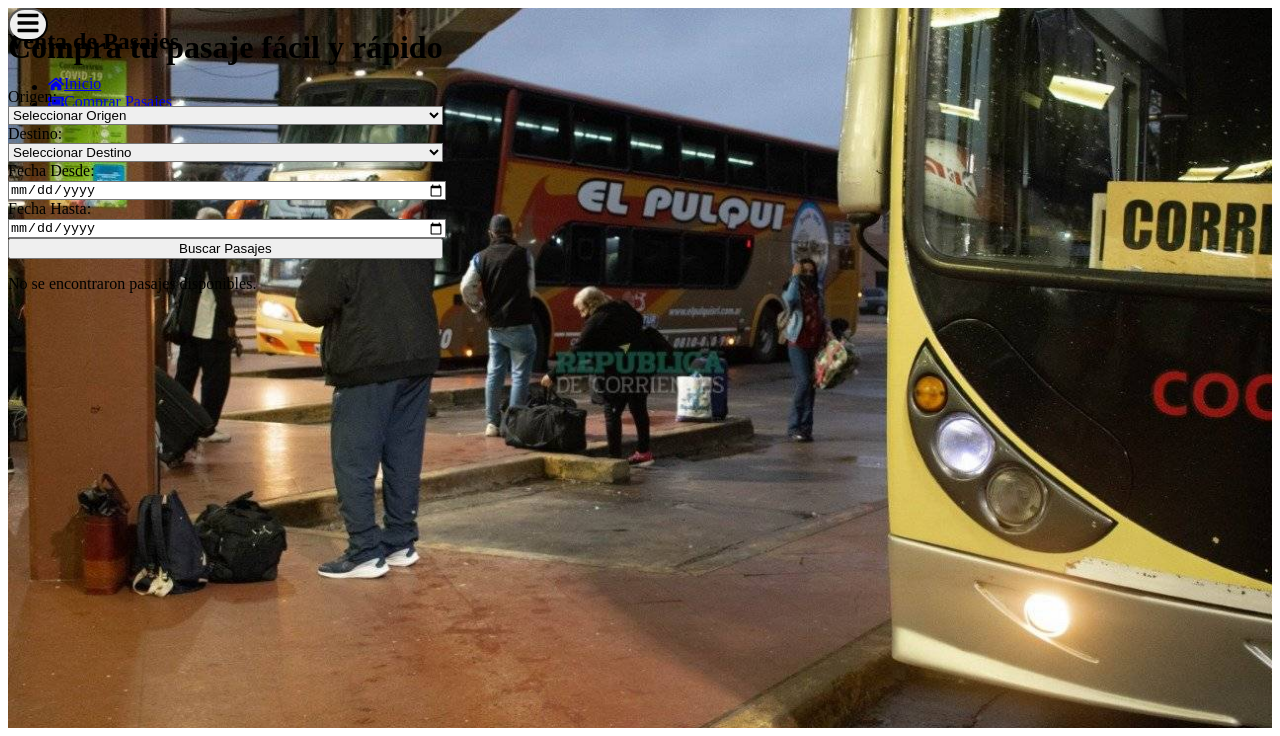
Repository: francoluca35/ventaboletos
Page: /tickets
The author's editor kept a copy of each file at every save. The page is drawn from the files as they stood at one save, then again after the next save.
The browser window is 1280 px wide. The pictures show the whole page.
The page's requests for data from a server got no answer. The project was rebuilt for these pictures with package versions that can differ from the ones it lists, and the page was loaded fresh each time. The framework's server and built-in components were replaced by stand-ins that run in the browser. No one was signed in, and anything a server would have sent is missing. Also part of the build but not shown: next.config.mjs.

Above is the page before, as saved 2025-03-14 18:29:31.

After the next save:
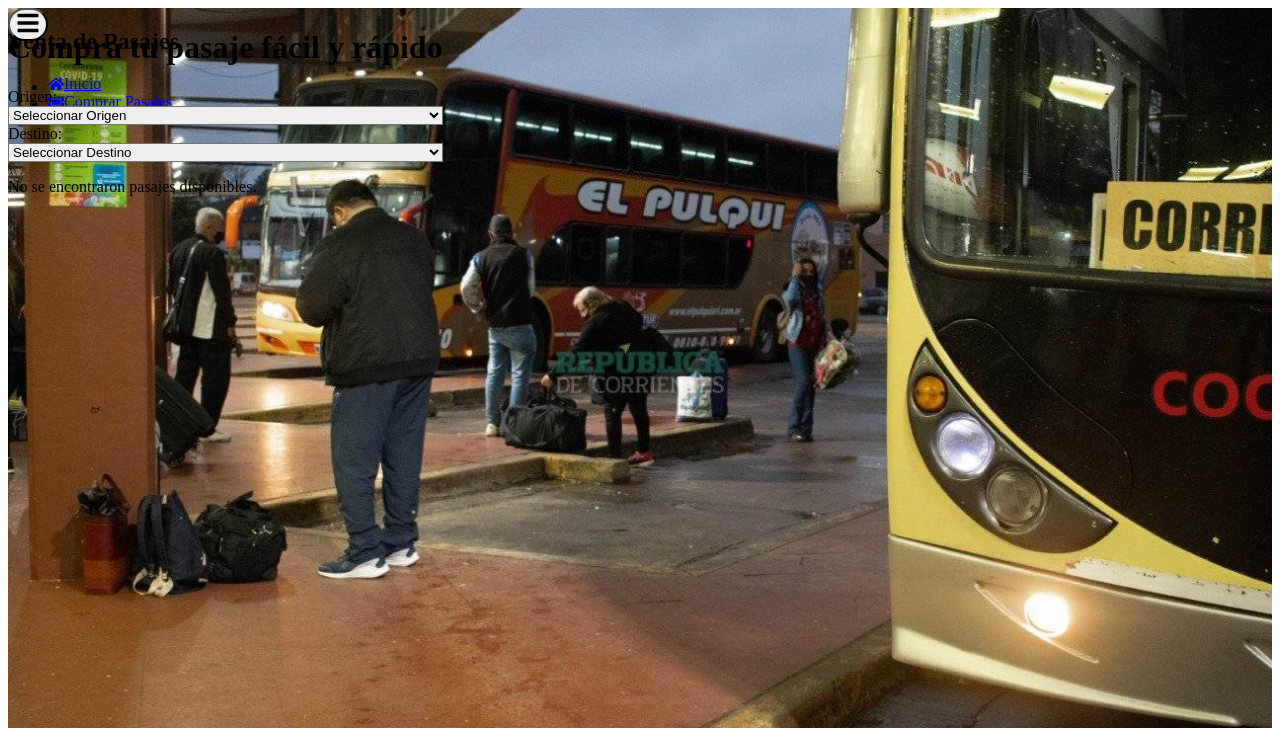
Saved 2 min 39 s later.
--- a/src/app/tickets/page.js
+++ b/src/app/tickets/page.js
@@ -14,47 +14,23 @@
   const [origenesDisponibles, setOrigenesDisponibles] = useState([]);
   const [destinosDisponibles, setDestinosDisponibles] = useState([]);
 
-  // Obtener la ubicación del usuario automáticamente
-  useEffect(() => {
-    if (navigator.geolocation) {
-      navigator.geolocation.getCurrentPosition(
-        async (position) => {
-          const { latitude, longitude } = position.coords;
-          try {
-            const response = await axios.get(
-              `https://nominatim.openstreetmap.org/reverse?format=json&lat=${latitude}&lon=${longitude}`
-            );
-            setOrigen(response.data.address.city || "Ubicación no encontrada");
-          } catch (error) {
-            console.error("Error obteniendo ubicación:", error);
-          }
-        },
-        (error) => console.error("Error al obtener la ubicación:", error)
-      );
-    }
-  }, []);
-
-  // Obtener los viajes desde el JSON (API en local)
   useEffect(() => {
     axios.get("http://localhost:5000/api/tickets")
       .then(response => {
+        console.log("Datos recibidos:", response.data); // <-- VERIFICA LOS DATOS EN CONSOLA
         setTodosLosViajes(response.data);
-        setPasajes(response.data); // Mostrar todos los viajes al inicio
-        setOrigenesDisponibles([...new Set(response.data.map(ticket => ticket.origen))]);
-        setDestinosDisponibles([...new Set(response.data.map(ticket => ticket.destino))]);
+        setPasajes(response.data);
+
+        // Obtener valores únicos de origen y destino
+        const origenes = [...new Set(response.data.map(ticket => ticket.origen))];
+        const destinos = [...new Set(response.data.map(ticket => ticket.destino))];
+
+        console.log("Origenes:", origenes); // <-- VERIFICA QUE ESTO NO SEA VACÍO
+        setOrigenesDisponibles(origenes);
+        setDestinosDisponibles(destinos);
       })
       .catch(error => console.error("Error cargando viajes:", error));
   }, []);
-
-  const buscarPasajes = () => {
-    const resultados = todosLosViajes.filter(ticket =>
-      (origen ? ticket.origen.includes(origen) : true) &&
-      (destino ? ticket.destino.includes(destino) : true) &&
-      (!fechaDesde || new Date(ticket.fechaDesde) >= new Date(fechaDesde)) &&
-      (!fechaHasta || new Date(ticket.fechaHasta) <= new Date(fechaHasta))
-    );
-    setPasajes(resultados);
-  };
 
   return (
     <div className="relative w-full h-screen bg-cover bg-center" style={{ backgroundImage: "url('/fondo-pasajes.jpg')" }}>
@@ -75,9 +51,13 @@
                 onChange={(e) => setOrigen(e.target.value)}
               >
                 <option value="">Seleccionar Origen</option>
-                {origenesDisponibles.map((origen, index) => (
-                  <option key={index} value={origen}>{origen}</option>
-                ))}
+                {origenesDisponibles.length > 0 ? (
+                  origenesDisponibles.map((origen, index) => (
+                    <option key={index} value={origen}>{origen}</option>
+                  ))
+                ) : (
+                  <option disabled>Cargando...</option>
+                )}
               </select>
             </div>
 
@@ -90,41 +70,16 @@
                 onChange={(e) => setDestino(e.target.value)}
               >
                 <option value="">Seleccionar Destino</option>
-                {destinosDisponibles.map((destino, index) => (
-                  <option key={index} value={destino}>{destino}</option>
-                ))}
+                {destinosDisponibles.length > 0 ? (
+                  destinosDisponibles.map((destino, index) => (
+                    <option key={index} value={destino}>{destino}</option>
+                  ))
+                ) : (
+                  <option disabled>Cargando...</option>
+                )}
               </select>
             </div>
-
-            {/* Fecha Desde */}
-            <div>
-              <label className="block text-gray-700">Fecha Desde:</label>
-              <input
-                type="date"
-                className="w-full p-2 border rounded"
-                value={fechaDesde}
-                onChange={(e) => setFechaDesde(e.target.value)}
-              />
-            </div>
-
-            {/* Fecha Hasta */}
-            <div>
-              <label className="block text-gray-700">Fecha Hasta:</label>
-              <input
-                type="date"
-                className="w-full p-2 border rounded"
-                value={fechaHasta}
-                onChange={(e) => setFechaHasta(e.target.value)}
-              />
-            </div>
           </div>
-
-          <button
-            onClick={buscarPasajes}
-            className="w-full bg-blue-600 text-white p-3 rounded mt-4"
-          >
-            Buscar Pasajes
-          </button>
         </div>
 
         {/* Resultados */}

After the 4 saves that followed:
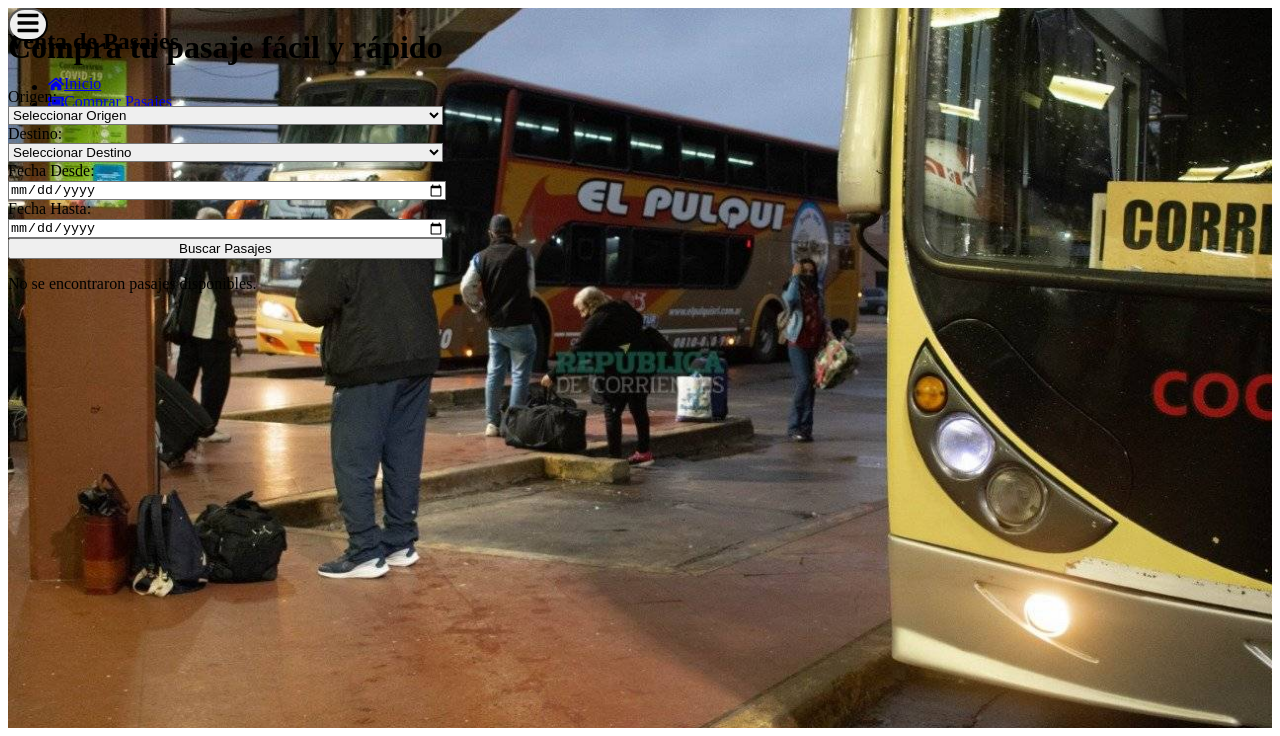
The 4 saves are shown as one change because 3 left the picture as it was.
The last was saved 4 min 9 s later.
--- a/src/app/tickets/page.js
+++ b/src/app/tickets/page.js
@@ -14,23 +14,47 @@
   const [origenesDisponibles, setOrigenesDisponibles] = useState([]);
   const [destinosDisponibles, setDestinosDisponibles] = useState([]);
 
+  // Obtener la ubicación del usuario automáticamente
+  useEffect(() => {
+    if (navigator.geolocation) {
+      navigator.geolocation.getCurrentPosition(
+        async (position) => {
+          const { latitude, longitude } = position.coords;
+          try {
+            const response = await axios.get(
+              `https://nominatim.openstreetmap.org/reverse?format=json&lat=${latitude}&lon=${longitude}`
+            );
+            setOrigen(response.data.address.city || "Ubicación no encontrada");
+          } catch (error) {
+            console.error("Error obteniendo ubicación:", error);
+          }
+        },
+        (error) => console.error("Error al obtener la ubicación:", error)
+      );
+    }
+  }, []);
+
+  // Obtener los viajes desde el JSON (API en local)
   useEffect(() => {
     axios.get("http://localhost:5000/api/tickets")
       .then(response => {
-        console.log("Datos recibidos:", response.data); // <-- VERIFICA LOS DATOS EN CONSOLA
         setTodosLosViajes(response.data);
-        setPasajes(response.data);
-
-        // Obtener valores únicos de origen y destino
-        const origenes = [...new Set(response.data.map(ticket => ticket.origen))];
-        const destinos = [...new Set(response.data.map(ticket => ticket.destino))];
-
-        console.log("Origenes:", origenes); // <-- VERIFICA QUE ESTO NO SEA VACÍO
-        setOrigenesDisponibles(origenes);
-        setDestinosDisponibles(destinos);
+        setPasajes(response.data); // Mostrar todos los viajes al inicio
+        setOrigenesDisponibles([...new Set(response.data.map(ticket => ticket.origen))]);
+        setDestinosDisponibles([...new Set(response.data.map(ticket => ticket.destino))]);
       })
       .catch(error => console.error("Error cargando viajes:", error));
   }, []);
+
+  const buscarPasajes = () => {
+    const resultados = todosLosViajes.filter(ticket =>
+      (origen ? ticket.origen.includes(origen) : true) &&
+      (destino ? ticket.destino.includes(destino) : true) &&
+      (!fechaDesde || new Date(ticket.fechaDesde) >= new Date(fechaDesde)) &&
+      (!fechaHasta || new Date(ticket.fechaHasta) <= new Date(fechaHasta))
+    );
+    setPasajes(resultados);
+  };
 
   return (
     <div className="relative w-full h-screen bg-cover bg-center" style={{ backgroundImage: "url('/fondo-pasajes.jpg')" }}>
@@ -51,13 +75,9 @@
                 onChange={(e) => setOrigen(e.target.value)}
               >
                 <option value="">Seleccionar Origen</option>
-                {origenesDisponibles.length > 0 ? (
-                  origenesDisponibles.map((origen, index) => (
-                    <option key={index} value={origen}>{origen}</option>
-                  ))
-                ) : (
-                  <option disabled>Cargando...</option>
-                )}
+                {origenesDisponibles.map((origen, index) => (
+                  <option key={index} value={origen}>{origen}</option>
+                ))}
               </select>
             </div>
 
@@ -70,16 +90,41 @@
                 onChange={(e) => setDestino(e.target.value)}
               >
                 <option value="">Seleccionar Destino</option>
-                {destinosDisponibles.length > 0 ? (
-                  destinosDisponibles.map((destino, index) => (
-                    <option key={index} value={destino}>{destino}</option>
-                  ))
-                ) : (
-                  <option disabled>Cargando...</option>
-                )}
+                {destinosDisponibles.map((destino, index) => (
+                  <option key={index} value={destino}>{destino}</option>
+                ))}
               </select>
             </div>
+
+            {/* Fecha Desde */}
+            <div>
+              <label className="block text-gray-700">Fecha Desde:</label>
+              <input
+                type="date"
+                className="w-full p-2 border rounded"
+                value={fechaDesde}
+                onChange={(e) => setFechaDesde(e.target.value)}
+              />
+            </div>
+
+            {/* Fecha Hasta */}
+            <div>
+              <label className="block text-gray-700">Fecha Hasta:</label>
+              <input
+                type="date"
+                className="w-full p-2 border rounded"
+                value={fechaHasta}
+                onChange={(e) => setFechaHasta(e.target.value)}
+              />
+            </div>
           </div>
+
+          <button
+            onClick={buscarPasajes}
+            className="w-full bg-blue-600 text-white p-3 rounded mt-4"
+          >
+            Buscar Pasajes
+          </button>
         </div>
 
         {/* Resultados */}
